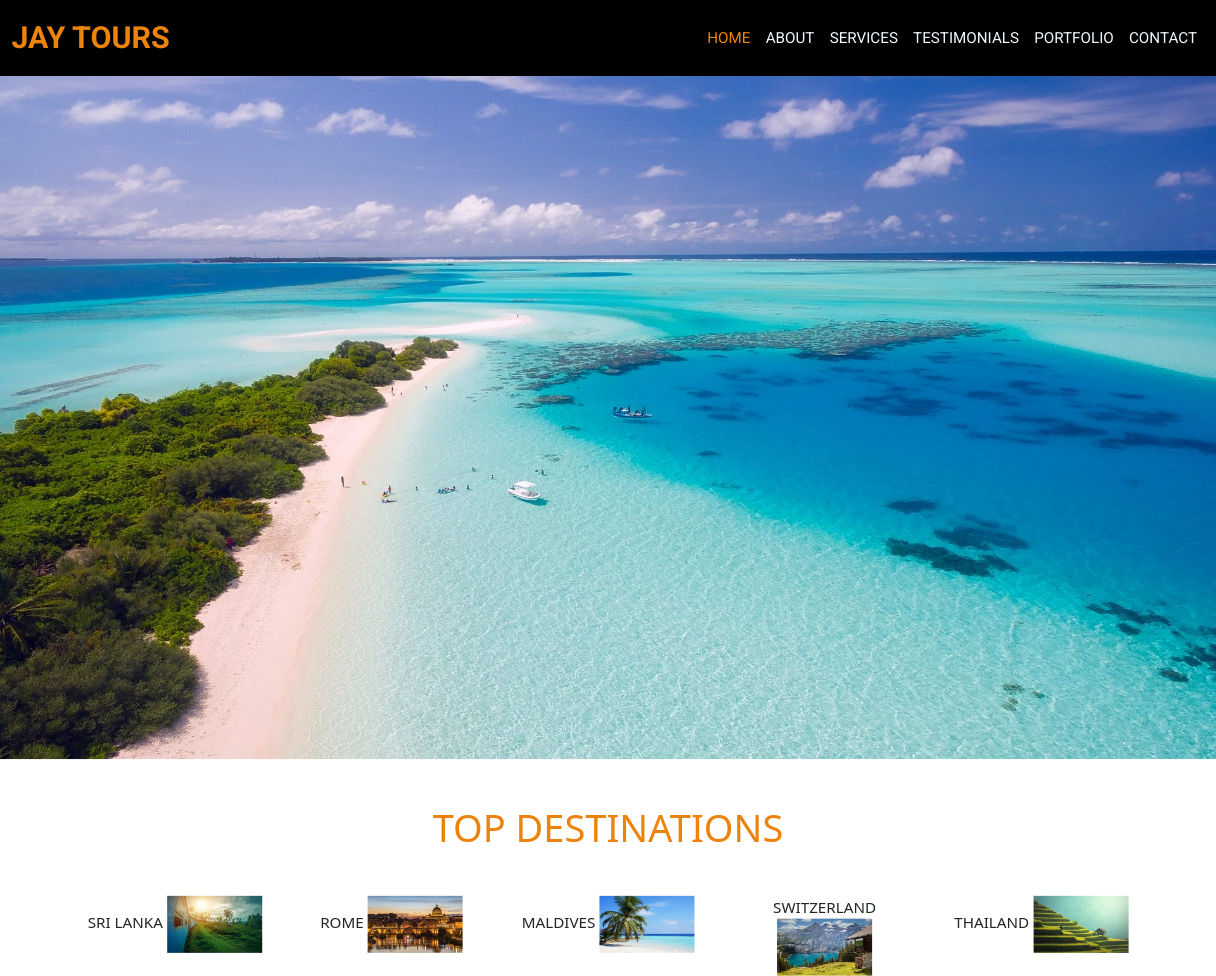
Repository: kasundiudn/Jay-Travel
Page: index.html
These files come from the project's save history. The page is drawn as it stood at one moment and after the next save; the edit follows.
The browser window is 1280 px wide. The pictures show the whole page, at 95% of full size.

Above is the page before, as saved 2025-06-26 10:31:25.

### index.html
<!doctype html>
<html lang="en">
  <head>
    <meta charset="utf-8">
    <meta name="viewport" content="width=device-width, initial-scale=1">
    <title>Bootstrap demo</title>
    <link rel="preconnect" href="https://fonts.googleapis.com">
<link rel="preconnect" href="https://fonts.gstatic.com" crossorigin>
<link href="https://fonts.googleapis.com/css2?family=Montserrat:ital,wght@0,100..900;1,100..900&family=Roboto:ital,wght@0,100..900;1,100..900&display=swap" rel="stylesheet">
    <link rel="preconnect" href="https://fonts.googleapis.com">
    <link rel="preconnect" href="https://fonts.gstatic.com" crossorigin>
    <link href="https://fonts.googleapis.com/css2?family=Roboto:ital,wght@0,100..900;1,100..900&display=swap" rel="stylesheet">
    <link href="https://cdn.jsdelivr.net/npm/bootstrap@5.3.7/dist/css/bootstrap.min.css" rel="stylesheet" integrity="sha384-LN+7fdVzj6u52u30Kp6M/trliBMCMKTyK833zpbD+pXdCLuTusPj697FH4R/5mcr" crossorigin="anonymous">
  <style>
    header{  font-family: "Roboto", sans-serif;
           }
    .nav-link{
        color: aliceblue;
    }
    body{
        ;
    }

  </style>
  </head>
  <body>
<header>
    <nav class="navbar navbar-expand-lg " style="background-color: black; height: 80px;">
  <div class="container-fluid">
    <a class="navbar-brand" href="#" style="color: #eb830c; font-weight: bold;  font-size:xx-large;">JAY TOURS</a>
    <button class="navbar-toggler" type="button" data-bs-toggle="collapse" data-bs-target="#navbarSupportedContent" aria-controls="navbarSupportedContent" aria-expanded="false" aria-label="Toggle navigation">
      <span class="navbar-toggler-icon"></span>
    </button>
    <div class="collapse navbar-collapse justify-content-end" id="navbarSupportedContent">
      <ul class="navbar-nav mb-2 mb-lg-0">
        <li class="nav-item">
          <a class="nav-link active" aria-current="page" href="#" style="color: #eb830c;">HOME</a>
        </li>
        <li class="nav-item">
          <a class="nav-link" href="#">ABOUT</a>
        </li>
         <li class="nav-item">
          <a class="nav-link" href="#">SERVICES</a>
        </li>
         <li class="nav-item">
          <a class="nav-link" href="#">TESTIMONIALS</a>
        </li>
         <li class="nav-item">
          <a class="nav-link" href="#">PORTFOLIO</a>
        </li>
         <li class="nav-item">
          <a class="nav-link" href="#">CONTACT</a>
        </li>
    </div>
  </div>
</nav>
</header>
<img src="main.jpg" alt="Beach image" style="width: 100%; height: auto;">

<div class="container text-center my-5">
  <h1 style="color: #eb830c;">TOP DESTINATIONS</h1></div>


<div class="container text-center">
  <div class="row">
    <div class="col">
      SRI LANKA
      <img src="Sri Lanka.jpg" alt="SRI LANKA" style="width: 100px; height: 60px;">
    </div>
    <div class="col">
      ROME
      <img src="Rome.jpg" alt="ROME" style="width: 100px; height: 60px;">
    </diV>
    <div class="col">
      MALDIVES
      <img src="Maldives.jpg" alt="MALDIVES" style="width: 100px; height: 60px;">
    </div>
    <div class="col">
      SWITZERLAND
        <img src="Switzerland.jpg" alt="SWITZERLAND" style="width: 100px; height: 60px;">
    </div>
    <div class="col">
      THAILAND
        <img src="Thailand.jpg" alt="THAILAND" style="width: 100px; height: 60px;">
    </div>
  </div>
</div>

    <script src="https://cdn.jsdelivr.net/npm/@popperjs/core@2.11.8/dist/umd/popper.min.js" integrity="sha384-I7E8VVD/ismYTF4hNIPjVp/Zjvgyol6VFvRkX/vR+Vc4jQkC+hVqc2pM8ODewa9r" crossorigin="anonymous"></script>
<script src="https://cdn.jsdelivr.net/npm/bootstrap@5.3.7/dist/js/bootstrap.min.js" integrity="sha384-7qAoOXltbVP82dhxHAUje59V5r2YsVfBafyUDxEdApLPmcdhBPg1DKg1ERo0BZlK" crossorigin="anonymous"></script>
  </body>
</html>

After the next save:
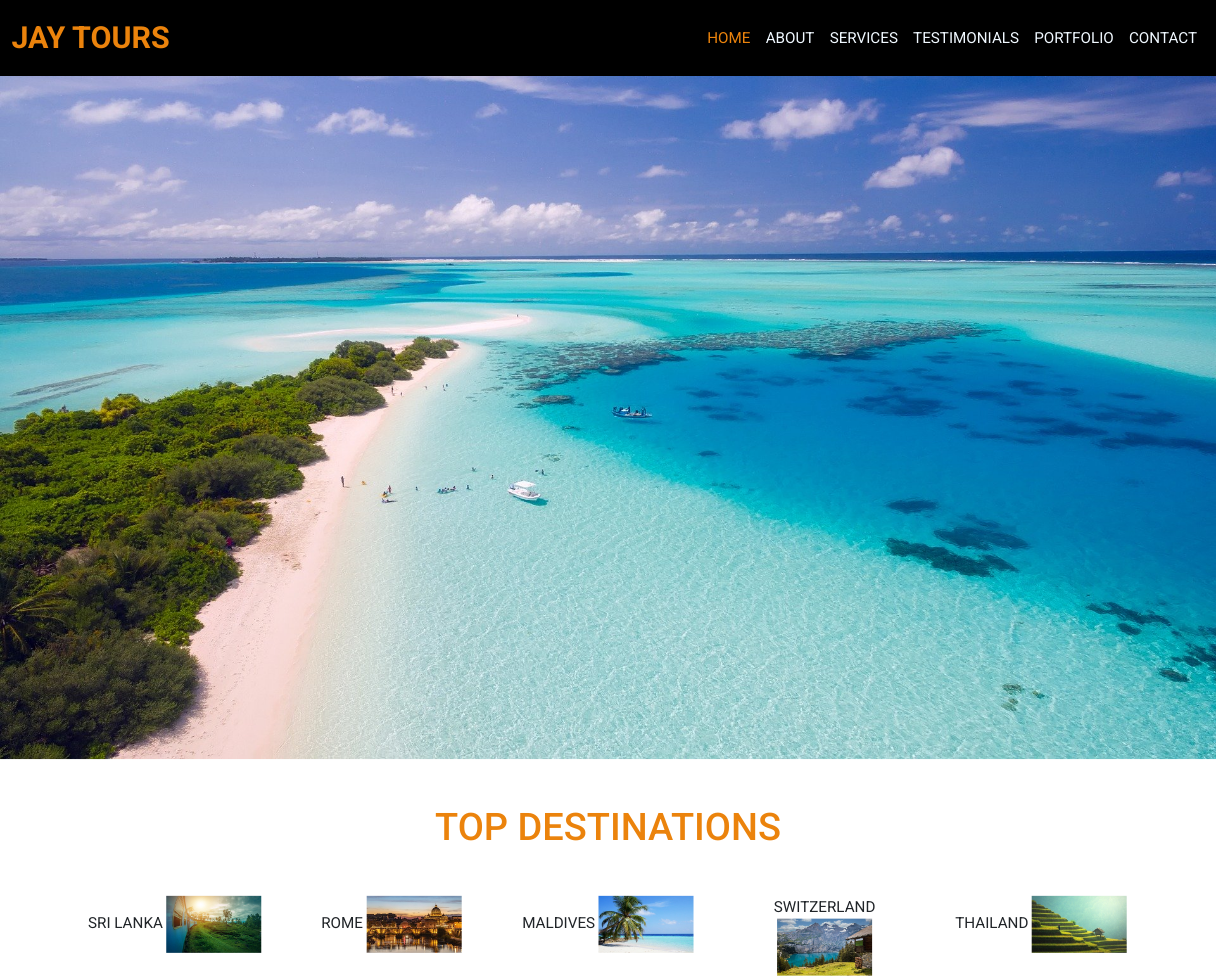
Saved 109 s later.
--- a/index.html
+++ b/index.html
@@ -18,7 +18,7 @@
         color: aliceblue;
     }
     body{
-        ;
+        font-family: "Roboto", sans-serif;
     }
 
   </style>
